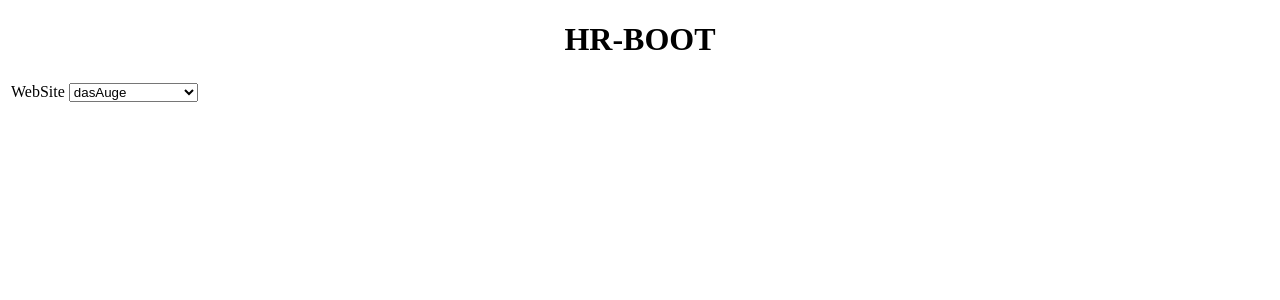
Repository: ahmed99999/Google-Apps-Ads-Scripts
Page: hr_bot/V2/mainWindow.html
An editor plug-in stored every save of this project. The page is shown before and after the next save, followed by the edit.
The browser window is 1280 px wide. The pictures show the whole page.

Above is the page before, as saved 2020-01-21 14:45:17.

### hr_bot/V2/mainWindow.html
<!DOCTYPE html>
<html lang="en">
    <head>
        <title>HR Boot</title>
        <style>
            h1 {
                text-align: center;
            }
        </style>
    </head>
    <body>
        <h1>HR-BOOT</h1>

          <table>
              <tr>
                  <td><label>WebSite</label></td>
                  <td>
                    <select>
                        <option value="https://dasauge.de/mitglieder/">dasAuge</option>
                        <option value="https://www.creative-city-berlin.de/de/jobs/add/">creative city berlin</option>
                        <option value="https://www.rockitdigital.de/account/job">Rock it digital</option>
                      </select>
                  </td>
              </tr>
          </table>
    </body>
</html>

After the next save:
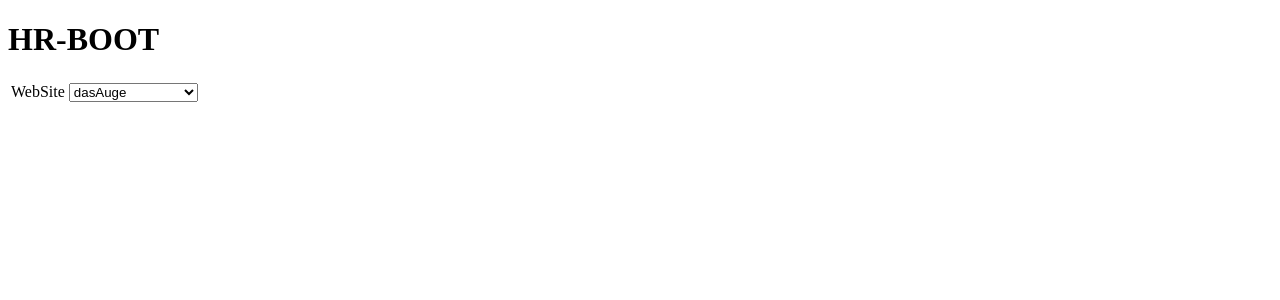
Saved 101 s later.
--- a/hr_bot/V2/mainWindow.html
+++ b/hr_bot/V2/mainWindow.html
@@ -3,7 +3,7 @@
     <head>
         <title>HR Boot</title>
         <style>
-            h1 {
+            h1 table {
                 text-align: center;
             }
         </style>

After the save that followed:
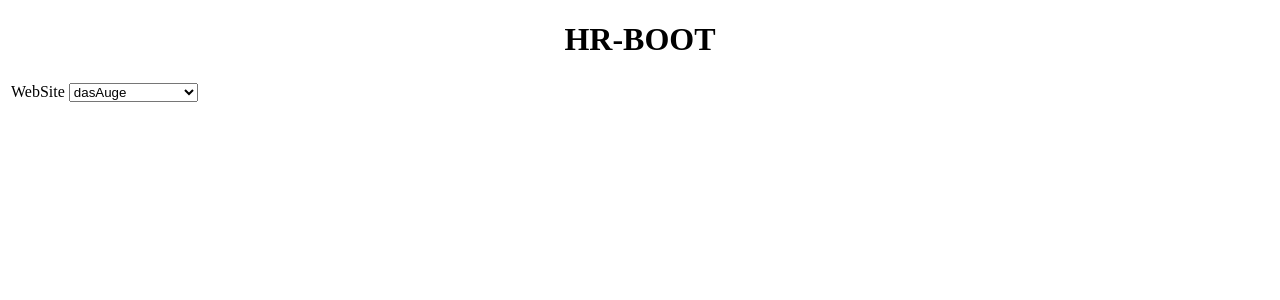
Saved 24 s later.
--- a/hr_bot/V2/mainWindow.html
+++ b/hr_bot/V2/mainWindow.html
@@ -3,7 +3,7 @@
     <head>
         <title>HR Boot</title>
         <style>
-            h1 table {
+            h1, table {
                 text-align: center;
             }
         </style>
